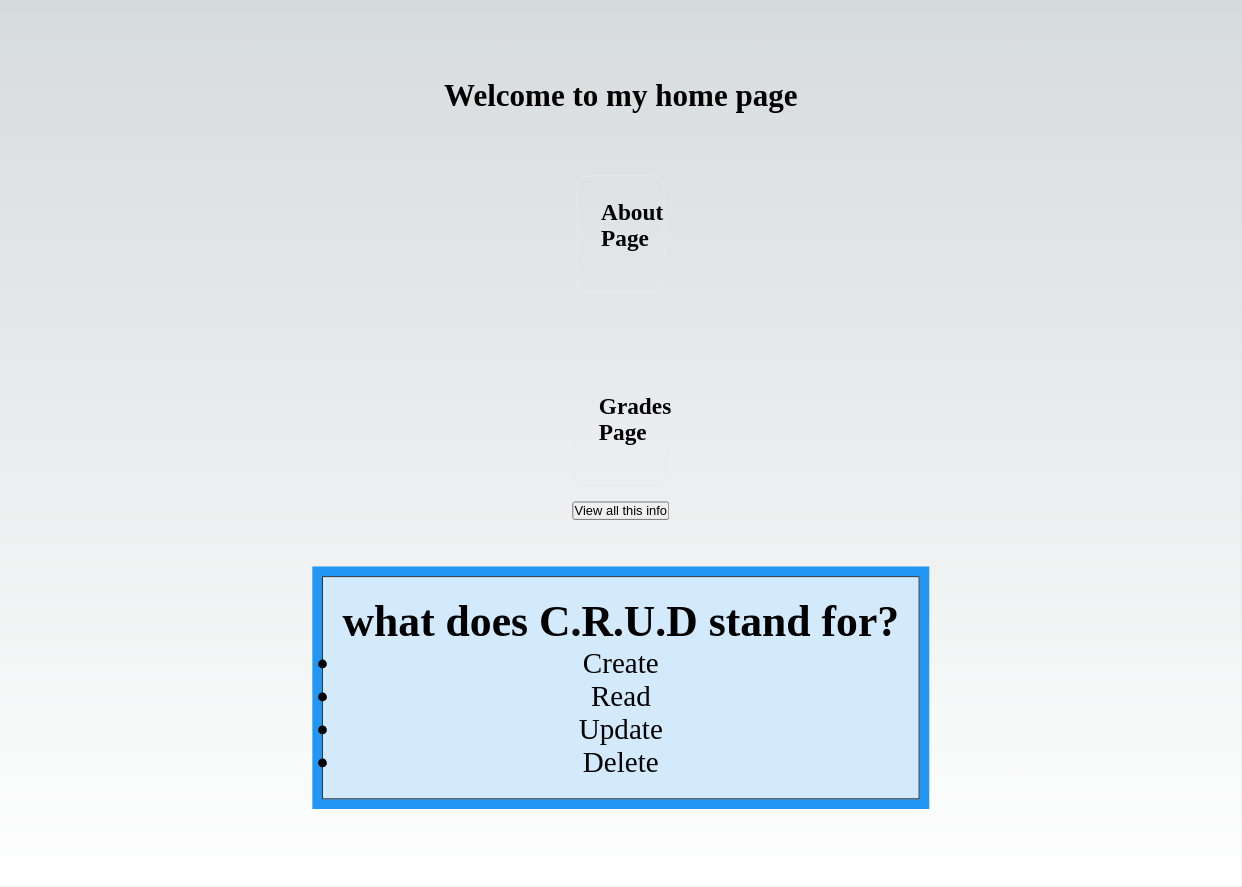
Repository: juliet-jskim/dynamic-week4-inclassplaywright
Page: /
An editor plug-in stored every save of this project. The page is shown before and after the next save, followed by the edit.
The browser window is 1280 px wide. The pictures show the whole page, at 97% of full size.
The project was rebuilt for these pictures with package versions that can differ from the ones it lists, and the page was loaded fresh each time. The framework's server and built-in components were replaced by stand-ins that run in the browser. Also part of the build but not shown: next.config.js.

Above is the page before, as saved 2023-01-23 11:35:34.

### pages/index.js
import Head from 'next/head'
import Image from 'next/image'
import { Inter } from '@next/font/google'
import styles from '@/styles/Home.module.css'
import Link from 'next/link'

const inter = Inter({ subsets: ['latin'] })

export default function Home() {
  return (
    <>
      <Head>
        <title>Example #1</title>
        <meta name="description" content="Generated by create next app" />
        <meta name="viewport" content="width=device-width, initial-scale=1" />
        <link rel="icon" href="/favicon.ico" />
      </Head>
      <main className={styles.main}>
        <h1>Welcome to my home page</h1>

        <div className={styles.grid}>
          <Link href='/about' className={styles.card}>
          <h2>About Page</h2>
          </Link>
        </div>

        <div className={styles.grid}>
          <Link href='/grades' className={styles.card}>
          <h2>Grades Page</h2>
          </Link>
        </div>


        <button>View all this info</button>


        <div className={styles.grid}>
          <div className={styles.grid__container} style={{display:"grid"}}>
            <div className={styles.grid__item}>
              <h2>what does C.R.U.D stand for?</h2>
              <ul>
                  <li>Create</li>
                  <li>Read</li>
                  <li>Update</li>
                  <li>Delete</li>
                </ul>
              </div>
          </div>
        </div>
      </main>
    </>

  )}

### styles/Home.module.css
.container {
  min-height: 100vh;
  padding: 0 0.5rem;
  display: flex;
  flex-direction: column;
  justify-content: center;
  align-items: center;
}

.main {
  padding: 5rem 0;
  flex: 1;
  display: flex;
  flex-direction: column;
  justify-content: center;
  align-items: center;
}

.footer {
  width: 100%;
  height: 100px;
  border-top: 1px solid #eaeaea;
  display: flex;
  justify-content: center;
  align-items: center;
}

.footer a {
  display: flex;
  justify-content: center;
  align-items: center;
  flex-grow: 1;
}

.title a {
  color: #0070f3;
  text-decoration: none;
}

.title a:hover,
.title a:focus,
.title a:active {
  text-decoration: underline;
}

.title {
  margin: 0;
  line-height: 1.15;
  font-size: 4rem;
}

.title,
.description {
  text-align: center;
}

.description {
  line-height: 1.5;
  font-size: 1.5rem;
}

.code {
  background: #fafafa;
  border-radius: 5px;
  padding: 0.75rem;
  font-size: 1.1rem;
  font-family: Menlo, Monaco, Lucida Console, Liberation Mono, DejaVu Sans Mono,
    Bitstream Vera Sans Mono, Courier New, monospace;
}

.grid {
  display: flex;
  align-items: center;
  justify-content: center;
  flex-wrap: wrap;
  max-width: 800px;
  margin-top: 3rem;
}

.grid__container {
  display: grid;
  grid-template-columns: auto auto auto;
  background-color: #2196F3;
  padding: 10px;
}
.grid__item {
  background-color: rgba(255, 255, 255, 0.8);
  border: 1px solid rgba(0, 0, 0, 0.8);
  padding: 20px;
  font-size: 30px;
  text-align: center;
}

.card {
  margin: 1rem;
  padding: 1.5rem;
  text-align: left;
  color: inherit;
  text-decoration: none;
  border: 1px solid #eaeaea;
  border-radius: 10px;
  transition: color 0.15s ease, border-color 0.15s ease;
  width: 45%;
}

.card:hover,
.card:focus,
.card:active {
  color: #0070f3;
  border-color: #0070f3;
}

.card h2 {
  margin: 0 0 1rem 0;
  font-size: 1.5rem;
}

.card p {
  margin: 0;
  font-size: 1.25rem;
  line-height: 1.5;
}

.logo {
  height: 1em;
  margin-left: 0.5rem;
}

@media (max-width: 600px) {
  .grid {
    width: 100%;
    flex-direction: column;
  }
}

Loaded but not shown: pages/_app.js (common file); pages/_document.js (common file); styles/globals.css (common file)

After the next save:
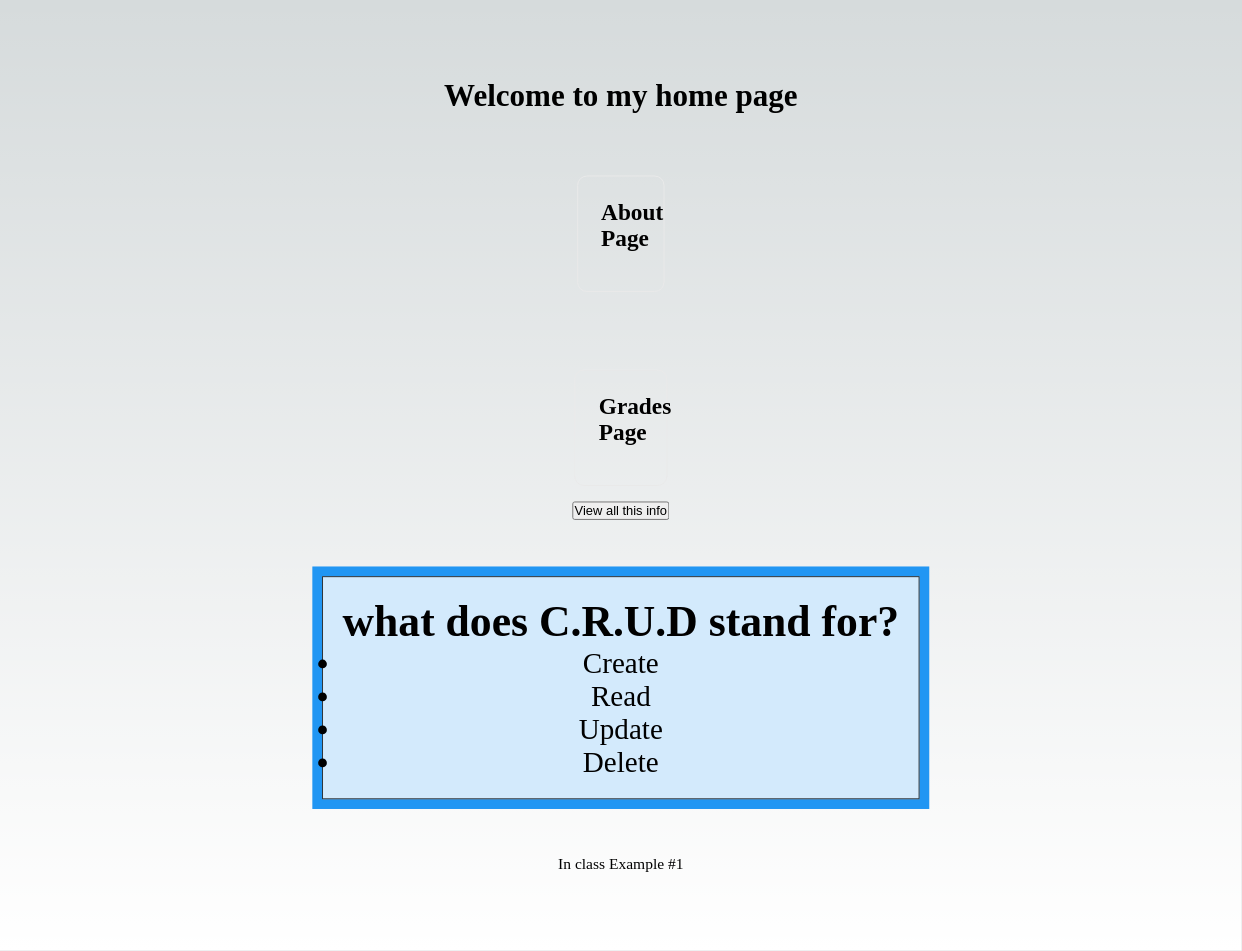
Saved 3 min 20 s later.
--- a/pages/index.js
+++ b/pages/index.js
@@ -37,16 +37,24 @@ export default function Home() {
         <div className={styles.grid}>
           <div className={styles.grid__container} style={{display:"grid"}}>
             <div className={styles.grid__item}>
-              <h2>what does C.R.U.D stand for?</h2>
-              <ul>
-                  <li>Create</li>
-                  <li>Read</li>
-                  <li>Update</li>
-                  <li>Delete</li>
-                </ul>
-              </div>
+                <h2>what does C.R.U.D stand for?</h2>
+                  <ul>
+                    <li>Create</li>
+                    <li>Read</li>
+                    <li>Update</li>
+                    <li>Delete</li>
+                  </ul>
+            </div>
           </div>
         </div>
+
+        <div className={styles.grid}>
+          <footer>
+            In class Example #1
+          </footer>
+
+        </div>
+
       </main>
     </>
 
